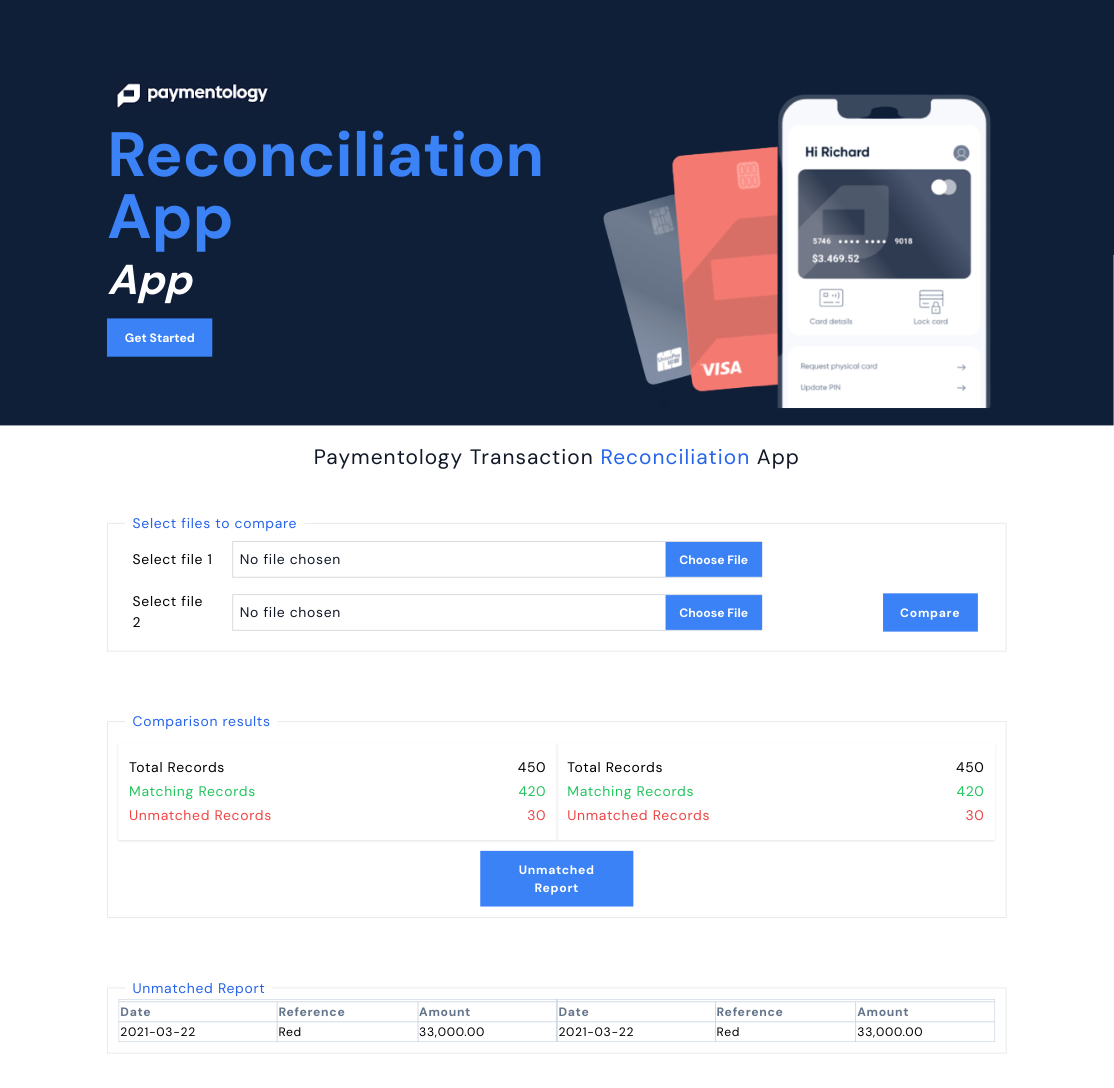
Repository: chionye/paymentology-front
Page: /
The author's editor kept a copy of each file at every save. The page is drawn from the files as they stood at one save, then again after the next save.
The browser window is 1280 px wide. The pictures show the whole page, at 87% of full size.
The project was rebuilt for these pictures with package versions that can differ from the ones it lists, and the page was loaded fresh each time.

Above is the page before, as saved 2022-03-20 13:55:58.

### public/index.html
<!DOCTYPE html>
<html lang="en">
  <head>
    <meta charset="utf-8" />
    <link rel="icon" href="%PUBLIC_URL%/favicon.ico" />
    <meta name="viewport" content="width=device-width, initial-scale=1" />
    <meta name="theme-color" content="#000000" />
    <meta
      name="description"
      content="Web site created using create-react-app"
    />
    <link rel="preconnect" href="https://fonts.googleapis.com">
    <link rel="preconnect" href="https://fonts.gstatic.com" crossorigin>
    <link href="https://fonts.googleapis.com/css2?family=DM+Sans:wght@400;700&display=swap" rel="stylesheet">
    <link rel="apple-touch-icon" href="%PUBLIC_URL%/logo192.png" />
    <!--
      manifest.json provides metadata used when your web app is installed on a
      user's mobile device or desktop. See https://developers.google.com/web/fundamentals/web-app-manifest/
    -->
    <link rel="manifest" href="%PUBLIC_URL%/manifest.json" />
    <!--
      Notice the use of %PUBLIC_URL% in the tags above.
      It will be replaced with the URL of the `public` folder during the build.
      Only files inside the `public` folder can be referenced from the HTML.

      Unlike "/favicon.ico" or "favicon.ico", "%PUBLIC_URL%/favicon.ico" will
      work correctly both with client-side routing and a non-root public URL.
      Learn how to configure a non-root public URL by running `npm run build`.
    -->
    <title>React App</title>
  </head>
  <body>
    <noscript>You need to enable JavaScript to run this app.</noscript>
    <div id="root"></div>
    <!--
      This HTML file is a template.
      If you open it directly in the browser, you will see an empty page.

      You can add webfonts, meta tags, or analytics to this file.
      The build step will place the bundled scripts into the <body> tag.

      To begin the development, run `npm start` or `yarn start`.
      To create a production bundle, use `npm run build` or `yarn build`.
    -->
  </body>
</html>

### src/index.css
@tailwind base;
@tailwind components;
@tailwind utilities;

body {
  margin: 0;
  padding:0;
  box-sizing: border-box;
  font-family: -apple-system, BlinkMacSystemFont, 'Segoe UI', 'Roboto', 'Oxygen',
    'Ubuntu', 'Cantarell', 'Fira Sans', 'Droid Sans', 'Helvetica Neue',
    sans-serif;
  -webkit-font-smoothing: antialiased;
  -moz-osx-font-smoothing: grayscale;
  font-family: 'DM Sans', sans-serif;
}

input[type=file]::file-selector-button {
  position: absolute;
  right:-5px;
  top:0;

}
input[type=file]::-ms-browse {
  position: absolute;
  right:-5px;
  top:0;
}

input[type=file]::-webkit-file-upload-button {
  position: absolute;
  right:-5px;
  top:0;
}

### src/App.js
import Banner from "./components/Banner";
import CompareFiles from "./components/CompareFiles";
import { FileProvider } from "./context/index.context";
import Results from "./components/Results";
import Report from "./components/Report";
import Title from "./components/Title";

function App() {
  return (
    <FileProvider>
      <Banner />
      <Title />

      <CompareFiles />
      <Results />
      <Report />
    </FileProvider>

  );
}

export default App;

### src/components/Banner.js
import BannerImg from "../assets/PaymentologyImg.png";
import Logo from "../assets/PaymentologyLogo.png"
import Container from "./Container";
import Button from "./Button";
const Banner = () => {
    const style = {
        background: "#0f1f38"
    }
    return(
        <div style={style} >
            <Container>
                <div className="w-5/6 mx-auto flex flex-col md:flex-row md:justify-between md:items-center">
                    <div className="w-1/2 text-white  font-bold">
                        <img className="" src={Logo}  alt="Paymentology Logo"/>
                        <h1 className="text-7xl mt-2 text-blue-500">Reconciliation App</h1>
                        {/* <div className="w-4/6 h-1 bg-white"></div> */}
                        <h2 className="text-5xl mt-3 italic">App</h2>
                        <div className="mt-5">
                            <Button label="Get Started" />
                        </div>

                    </div>
                    <div className="w-1/2 ">
                        <img src={BannerImg} alt="Banner" />
                    </div>
                </div>

            </Container>



        </div>
    )
}

export default Banner;

### src/components/CompareFiles.js
import Button from "./Button";
import Container from "./Container";
import InputFile from "./InputFile";
import Section from "./Section";
import { useFileContext } from "../context/index.context";

const CompareFiles = () => {
    const {file, setFile} = useFileContext();

    const saveFile_1 = e => {
        setFile({
            ...file,
            file1: e.target.files[0],
            fileName1: e.target.files[0].name
        })
    }

    const saveFile_2 = e => {
        setFile({
            ...file,
            file2: e.target.files[0],
            fileName2: e.target.files[0].name
        })
    }

    return(
        <Container>
            <Section title={"Select files to compare"}>
                <InputFile
                file={"Select file 1"}
                handleFile={saveFile_1}
                 />
                <div className="flex flex-col md:flex-row md:items-center md:justify-between">
                    <InputFile
                    file={"Select file 2"}
                    handleFile={saveFile_2}
                    />
                    <div className="my-3 md:my-0 md:mr-5">

                    <Button width={"w-full"} label={"Compare"} />
                    </div>

                </div>
            </Section>
        </Container>

    )
}

export default CompareFiles;

### src/context/index.context.js
import { createContext, useContext, useState } from "react";

const FileContext = createContext(null);

export const FileProvider = ({children}) => {
     const [file, setFile] = useState({
        file1: '',
        fileName1: '',
        file2:'',
        fileName2: ''
    });

    return(
        <FileContext.Provider value={{file, setFile}}>
            {children}
        </FileContext.Provider>
    )
}

export const useFileContext = () => useContext(FileContext);

### src/components/Results.js
import Button from "./Button";
import Container from "./Container";
import FileSummary from "./FileSummary";
import Section from "./Section";
import { useFileContext } from "../context/index.context";

const Results = () => {
    const { file } = useFileContext();
    return(
        <Container>
            <Section title={"Comparison results"}>
                <div className="flex flex-col md:flex-row md:justify-between md:items-center">
                    <FileSummary
                        fileName={file.fileName1}
                        totalRecords={450}
                        matchingRecords={420}
                        unmatchedRecords={30}
                    />
                    <FileSummary
                        fileName={file.fileName2}
                        totalRecords={450}
                        matchingRecords={420}
                        unmatchedRecords={30}
                    />
                </div>
                <div className="md:flex md:w-44 md:justify-center md:mx-auto">
                        <Button width={"w-full"} label={"Unmatched Report"} />
                </div>
            </Section>
        </Container>
    )
}

export default Results;

### src/components/Report.js
import Container from "./Container";
import Section from "./Section";
import FileReports from "./FileReports";


const Report = () => {

    return(
        <Container>
            <Section title={"Unmatched Report"}>
                <FileReports />
            </Section>
        </Container>
    )
}

export default Report;

### src/components/Title.js
import Container from "./Container"

const Title = () => {
    return(
        <Container>
            <div className="md:w-5/6 mx-auto">
                <h1 className="font-medium tracking-wider text-center  leading-loose text-xl md:text-2xl text-gray-900">Paymentology Transaction <span className="text-blue-600">Reconciliation</span> App</h1>

            </div>
        </Container>
    )
}

export default Title;

### src/components/Container.js
const Container = (props) => {

    return <div className="p-5 mx-auto">{props.children}</div>
}
export default Container;

### src/components/Button.js
const Button = (props) => {

    return <button className={`${props.width} bg-blue-500 hover:bg-blue-700 py-3 px-5 text-sm text-white font-semibold`} disabled={true}>{props.label}</button>
}

export default Button;

### src/components/InputFile.js


const InputFile = (props) => {


    return(
        <div className="flex flex-col md:flex-row w-full md:w-3/4 md:items-center md:justify-between text-sm md:text-base tracking-wider my-2 md:px-4">
            <label className="w-28 ">{props.file}</label>
            <div className="w-full border border-1 border-gray-300 py-2.5 sm:py-2 relative md:ml-5">
                <input type="file"
                        className="block
                        font-medium
                        tracking-wider
                        w-full
                        pl-2
                        appearance-none
                        text-gray-900
                        file:py-2.5
                        file:px-4
                        file:border-0
                        file:text-sm
                        file:font-semibold
                        file:bg-blue-500
                        hover:file:bg-blue-700
                        file:text-white"
                        onChange={props.handleFile}
                    />
            </div>

        </div>
    )
}

export default InputFile;

### src/components/Section.js

const Section = (props) => {
    return(
        <div className="relative md:w-5/6  h-auto p-3 border border-1 border-gray mx-auto my-5 tracking-wider">
            <div className="absolute font-medium -top-3 left-1 md:left-5 bg-white  text-blue-600 px-2">{props.title}</div>
            {props.children}
        </div>
    )
}

export default Section;

### src/components/FileSummary.js
const FileSummary = (props) => {
    return(
        <div className="shadow text-sm md:text-base p-3 my-3 w-full md:w-1/2  max-w-lg tracking-wider ">
            <div className="font-semibold text-xl">{props.fileName}</div>
            <div className="flex flex-row justify-between my-1">
                <span>Total Records</span>
                <span>{props.totalRecords}</span>
            </div>
            <div className="flex flex-row justify-between my-1 text-green-500">
                <span>Matching Records</span>
                <span>{props.matchingRecords}</span>
            </div>
            <div className="flex flex-row justify-between my-1 text-red-500">
                <span>Unmatched Records</span>
                <span>{props.unmatchedRecords}</span>
            </div>
        </div>
    )
}

export default FileSummary;

### src/components/FileReports.js
import { useFileContext } from "../context/index.context";
import FileReport from './FileReport';

const FileReports = () => {
    const {file} = useFileContext();

    return(
        <div className="w-full overflow-x-scroll flex flex-row">
            <FileReport
                fileName={file.fileName1}
                date={'2021-03-22'}
                reference={'Red'}
                amount={'33,000.00'}
            />
            <FileReport
                fileName={file.fileName2}
                date={'2021-03-22'}
                reference={'Red'}
                amount={'33,000.00'}
            />
        </div>

    )
}

export default FileReports;

### src/components/FileReport.js
const FileReport = (props) => {
    return(
        <table className="w-full border-collapse border-gray-300 text-sm">
            <thead>
                <tr className="text-left">
                    <th className="font-medium text-base border border-slate-300" colSpan={3} >{props.fileName}</th>
                </tr>
                <tr className="text-left text-slate-500">
                    <th className="border border-slate-300">Date</th>
                    <th className="border border-slate-300">Reference</th>
                    <th className="border border-slate-300">Amount</th>
                </tr>
            </thead>
            <tbody>
                <tr>
                    <td className="border border-slate-300">{props.date}</td>
                    <td className="border border-slate-300">{props.reference}</td>
                    <td className="border border-slate-300">{props.amount}</td>
                </tr>
            </tbody>
        </table>
    )
}

export default FileReport;

Loaded but not shown: src/index.js (common file); src/reportWebVitals.js (common file); tailwind.config.js (common file)

After the next save:
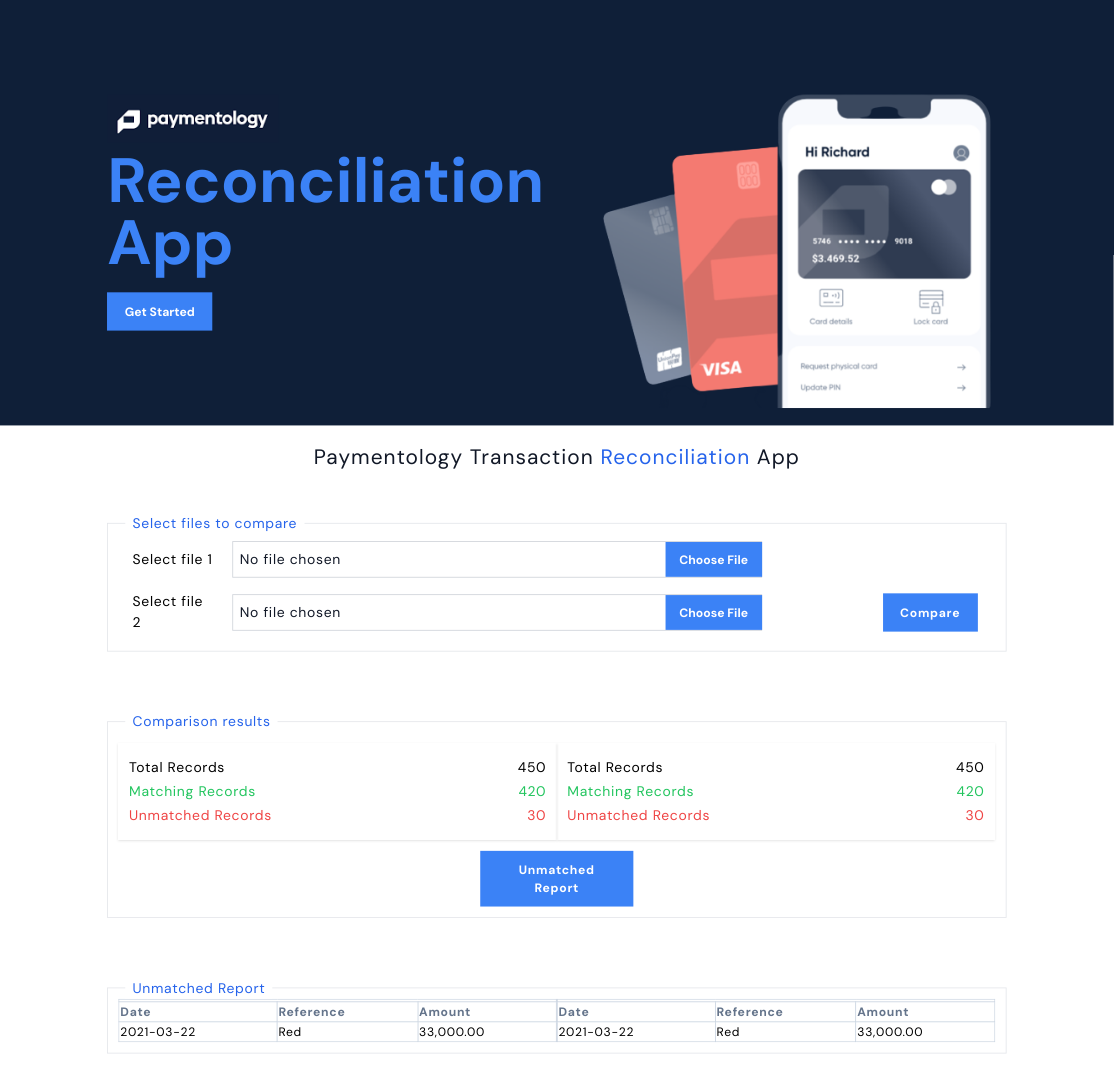
Saved 12 s later.
--- a/src/components/Banner.js
+++ b/src/components/Banner.js
@@ -14,7 +14,7 @@ const Banner = () => {
                         <img className="" src={Logo}  alt="Paymentology Logo"/>
                         <h1 className="text-7xl mt-2 text-blue-500">Reconciliation App</h1>
                         {/* <div className="w-4/6 h-1 bg-white"></div> */}
-                        <h2 className="text-5xl mt-3 italic">App</h2>
+
                         <div className="mt-5">
                             <Button label="Get Started" />
                         </div>
